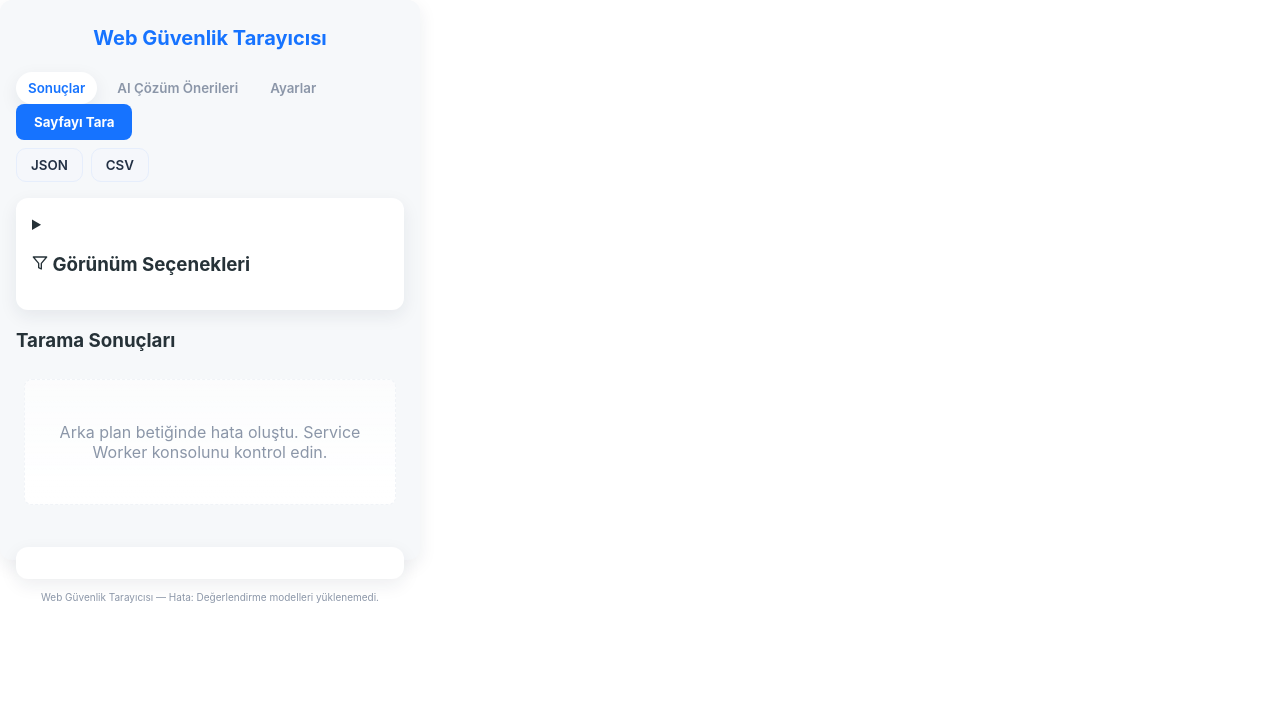
Repository: seliinduru/chrome-vuln-scanner
Page: popup.html
An editor plug-in stored every save of this project. The page is shown before and after the next save, followed by the edit.
The browser window is 1280 px wide. The pictures show the whole page.

Above is the page before, as saved 2025-11-05 18:24:29.

After the next save:
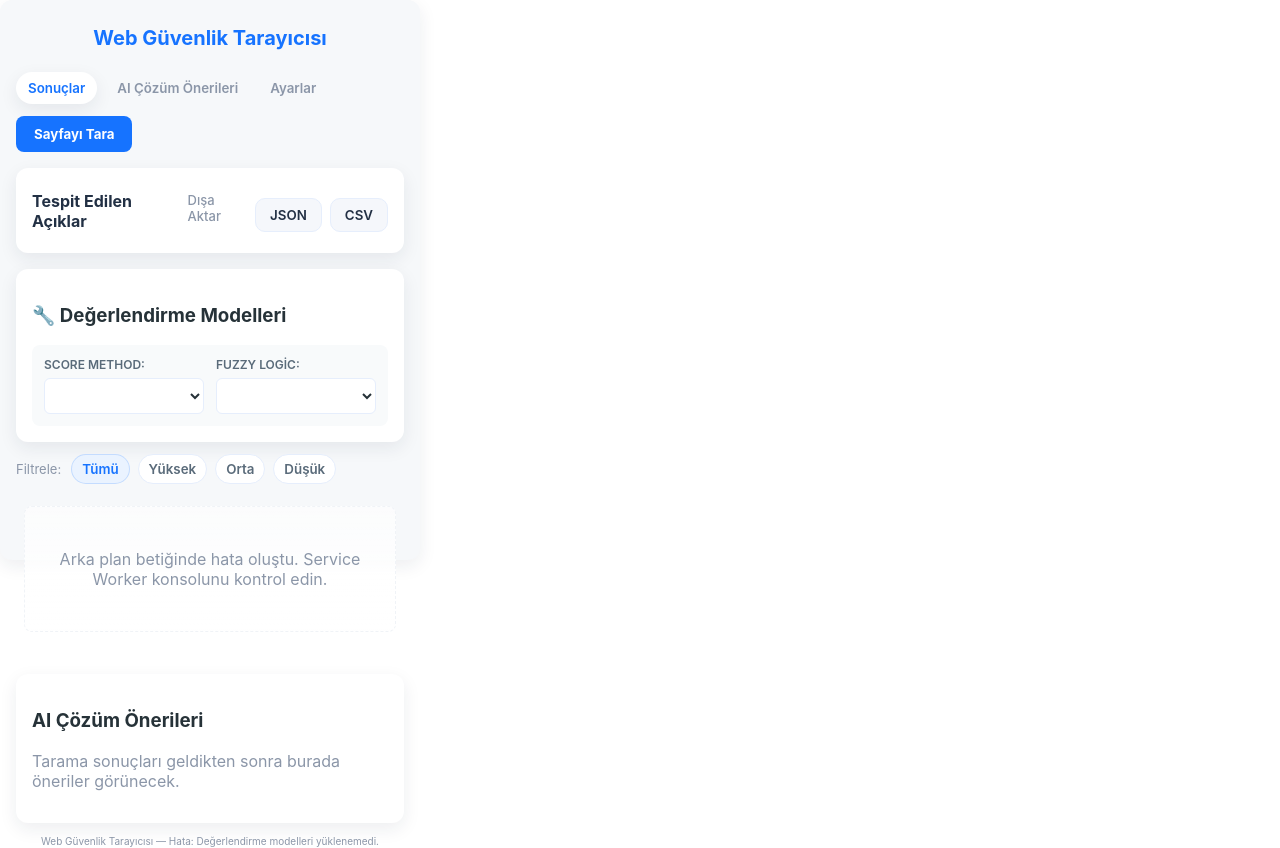
Saved 7 s later.
--- a/popup.html
+++ b/popup.html
@@ -17,58 +17,73 @@
       <button class="tab" data-tab="settings">Ayarlar</button>
     </nav>
 
-    <!-- === SONUÇLAR SEKMESİ === -->
+    <!-- =================================================================== -->
+    <!-- === SONUÇLAR SEKMESİ İÇERİĞİ === -->
+    <!-- =================================================================== -->
     <section id="results" class="tab-content active">
 
-      <!-- 1. YENİ KONTROL ÇUBUĞU -->
-      <div class="control-bar">
+      <!-- Tara Butonu, Sonuçlar sekmesine taşındı -->
+      <div class="controls">
         <button id="scanBtn" class="primary">Sayfayı Tara</button>
-        <div class="export-buttons">
-          <button id="exportJson" title="JSON olarak dışa aktar">JSON</button>
-          <button id="exportCsv" title="CSV olarak dışa aktar">CSV</button>
+      </div>
+
+      <div class="card">
+        <div class="card-title">
+          <h2>Tespit Edilen Açıklar</h2>
+          <p class="export-text">Dışa Aktar</p>
+          <div class="export-buttons">
+            <button id="exportJson" title="JSON">JSON</button>
+            <button id="exportCsv" title="CSV">CSV</button>
+          </div>
         </div>
       </div>
 
-      <!-- 2. YENİ KATLANABİLİR AYARLAR PANELİ -->
-      <details class="view-options card">
-        <summary>
-          <h3><svg xmlns="http://www.w3.org/2000/svg" width="16" height="16" viewBox="0 0 24 24" fill="none" stroke="currentColor" stroke-width="2" stroke-linecap="round" stroke-linejoin="round"><path d="M22 3H2l8 9.46V19l4 2v-8.46L22 3z"></path></svg> Görünüm Seçenekleri</h3>
-        </summary>
-        <div class="options-content">
-          <div class="model-selector">
-            <div class="model-group">
-              <label>Score Method:</label>
-              <select id="scoreMethodSelect"></select>
-            </div>
-            <div class="model-group">
-              <label>Fuzzy Logic:</label>
-              <select id="fuzzyLogicSelect"></select>
-            </div>
+      <!-- Model Seçimi -->
+      <div class="card">
+        <h3>🔧 Değerlendirme Modelleri</h3>
+        <div class="model-selector">
+          <div class="model-group">
+            <label>Score Method:</label>
+            <!-- Select menüleri JS ile dinamik dolacağı için boş bırakmak daha doğru -->
+            <select id="scoreMethodSelect"></select>
           </div>
-          <div class="filters">
-            <span>Filtrele:</span>
-            <div class="filter-buttons">
-              <button class="filter active" data-sev="all">Tümü</button>
-              <button class="filter" data-sev="high">Yüksek</button>
-              <button class="filter" data-sev="medium">Orta</button>
-              <button class="filter" data-sev="low">Düşük</button>
-            </div>
+          <div class="model-group">
+            <label>Fuzzy Logic:</label>
+            <select id="fuzzyLogicSelect"></select>
           </div>
         </div>
-      </details>
+      </div>
 
-      <!-- 3. GÜNCELLENMİŞ ZAFİYET LİSTESİ ALANI -->
-      <h3 class="results-title">Tarama Sonuçları</h3>
-      <div id="vulnList" class="vuln-list">
-        <!-- Boş durum JS tarafından yönetilecek -->
+      <!-- Filtreler, Sonuçlar sekmesine taşındı -->
+      <div class="filters">
+        <span>Filtrele:</span>
+        <div class="filter-buttons">
+          <button class="filter active" data-sev="all">Tümü</button>
+          <button class="filter" data-sev="high">Yüksek</button>
+          <button class="filter" data-sev="medium">Orta</button>
+          <button class="filter" data-sev="low">Düşük</button>
+        </div>
       </div>
-    </section>
 
-    <!-- === AI ÇÖZÜM ÖNERİLERİ SEKMESİ === -->
+      <!-- Zafiyet Listesi, Sonuçlar sekmesine taşındı -->
+      <div id="vulnList" class="vuln-list empty">
+        <div class="empty-state">
+          <p>Henüz tarama yapılmadı.</p>
+        </div>
+      </div>
+
+      <!-- DİKKAT: Orijinal kodunuzda burada fazladan bir </div> vardı, kaldırıldı. -->
+
+    </section> <!-- results section'ı burada bitiyor -->
+
+    <!-- =================================================================== -->
+    <!-- === AI ÇÖZÜM ÖNERİLERİ SEKMESİ İÇERİĞİ === -->
+    <!-- =================================================================== -->
     <section id="ai" class="tab-content">
       <div class="card">
+        <h3>AI Çözüm Önerileri</h3>
         <div id="aiSuggestions">
-          <!-- İçerik JS tarafından yönetilecek -->
+          <p class="muted">Tarama sonuçları geldikten sonra burada öneriler görünecek.</p>
         </div>
       </div>
     </section>
